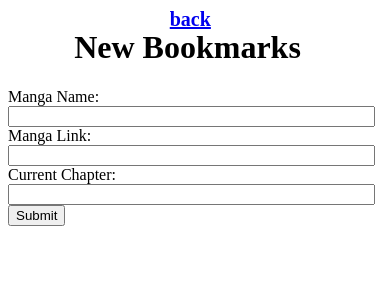
Repository: PA055/Manga-Bookmarks
Page: new.html
An editor plug-in stored every save of this project. The page is shown before and after the next save, followed by the edit.
The browser window is 375 px wide. The pictures show the whole page.

Above is the page before, as saved 2023-03-11 12:03:55.
Console error: ReferenceError: $ is not defined

### new.html
<!DOCTYPE html>
<html lang="en">
  <head>
    <meta charset="utf-8" />
    <meta name="viewport" content="width=device-width, initial-scale=1" />
    <meta name="theme-color" content="#000000" />
    <title>New Bookmark</title>
    <link rel="stylesheet" href="./main.css">
  </head>
  <body>
    <noscript>You need to enable JavaScript to run this app.</noscript>

    <a href="index.html" class="back">back</a>
    <h1>New Bookmarks</h1>

    <form id="newBookmark" onsubmit="AddBookmark()">
        <label for="mname">Manga Name:</label>
        <input type="text" id="mname" name="mname" class="input">
        <br>
        <label for="link">Manga Link:</label>
        <input type="url" id="link" name="link" class="input">
        <br>
        <label for="chapter">Current Chapter:</label>
        <input type="number" id="chapter" name="chapter" class="input">
        <br>
        <input type="submit">
    </form>

    <script src="./bookmarks.js"></script>
  </body>
</html>

### main.css
h1 {
    width: 100%;
    text-align: center;
}

.button {
    display: block;
    padding: 5px;
    margin: auto;
    width: fit-content;
    text-decoration: none;
    border: 4px gray outset;
    color: black;
}

.button:hover {
    border-style: inset;
}

.back {
    font-size: 20px;
    font-weight: bold;
    display: inline;
    float: left;
    margin-top: 8px;
    margin-left: 10px;
}

.input {
    width: 100%;
}

@media only screen and (max-width: 400px) {
    .back {
        display: block;
        float: none;
        width: 96%;
        height: 10px;
        text-align: center;
        margin-bottom: -10px;
    }
}

### bookmarks.js
let bookmarks = document.getElementById('bookmarks');
const url = "./bookmarks.json"

$.getJSON(url, function(data){
    console.log(data);
});

// const fetchJson = async () => {
//     try {
//         const file = await fetch(url);
//         const response = await file.json();
//     } catch (error) {
//         console.log(error);
//     }
// };

function AddBookmark() {
    var formData = new FormData(document.querySelector('form'))

}

After the next save:
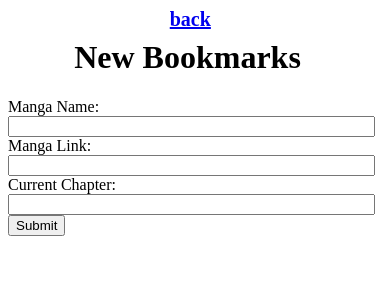
Saved 9 s later.
--- a/main.css
+++ b/main.css
@@ -35,7 +35,7 @@ h1 {
         display: block;
         float: none;
         width: 96%;
-        height: 10px;
+        height: 20px;
         text-align: center;
         margin-bottom: -10px;
     }
